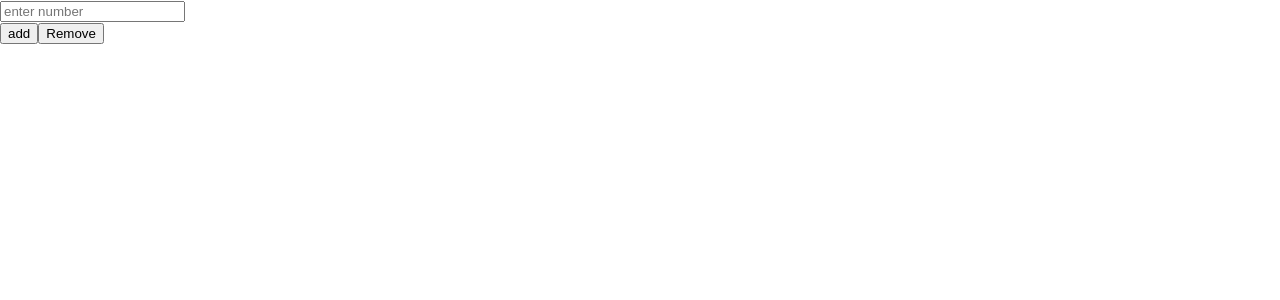
Repository: Anuruddha00/counter-app
Page: /
The author's editor kept a copy of each file at every save. The page is drawn from the files as they stood at one save, then again after the next save.
The browser window is 1280 px wide. The pictures show the whole page.
The project was rebuilt for these pictures with package versions that can differ from the ones it lists, and the page was loaded fresh each time.

Above is the page before, as saved 2021-07-07 22:19:15.

### src/App.js
import React, {useState} from 'react';
import Count from './count';
import Increase from './increase';
import Decrease from './decrease';

function App() {

  const [number , setNumber] = useState('');

  const inputHandler = (event)=>{
    setNumber(event.target.value)
  }


  return (
    <div>
      <Count count={inputHandler}/>
      <div>
        <Increase num={number} increase={setNumber}/>
        <Decrease num={number} decrease={setNumber}/>
      </div>
      <p>{number}</p>
    </div>
  );
}

export default App;

### src/count.js
import React from 'react';

const counter = ({count}) => {
    return(
        <input type='text' placeholder='enter number' onChange={count}/>
    )
}
export default counter;

### src/increase.js
import React from 'react';

const increase = ({num,increase}) =>{
    return(
        <button onClick={()=> increase(parseInt(num) + 1)}>add</button>
    )
}
export default increase;

### src/decrease.js
import React from 'react';

const decrease = ({num,decrease}) =>{
    return(
        <button onClick={()=>decrease(num - 1)}>Remove</button>
    )
}
export default decrease;

Loaded but not shown: public/index.html (common file); src/index.js (common file); src/index.css (common file); src/reportWebVitals.js (common file)

After the next save:
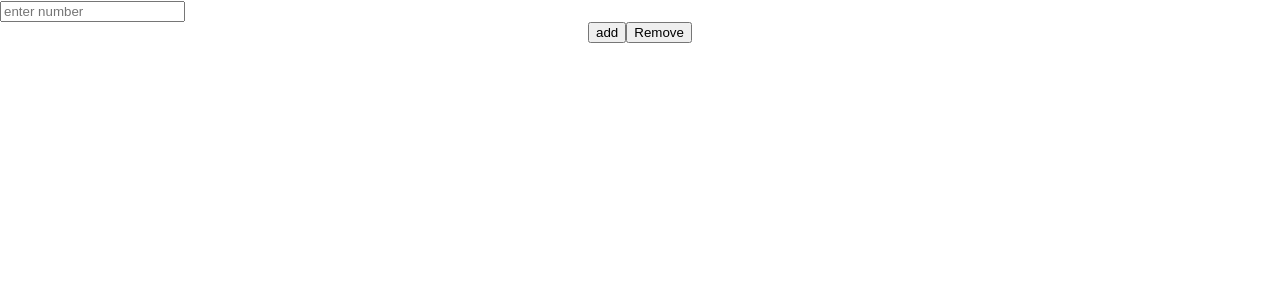
Saved 45 s later.
--- a/src/App.js
+++ b/src/App.js
@@ -15,7 +15,7 @@ function App() {
   return (
     <div>
       <Count count={inputHandler}/>
-      <div>
+      <div style={{display:'flex' , justifyContent:'center'}}>
         <Increase num={number} increase={setNumber}/>
         <Decrease num={number} decrease={setNumber}/>
       </div>
